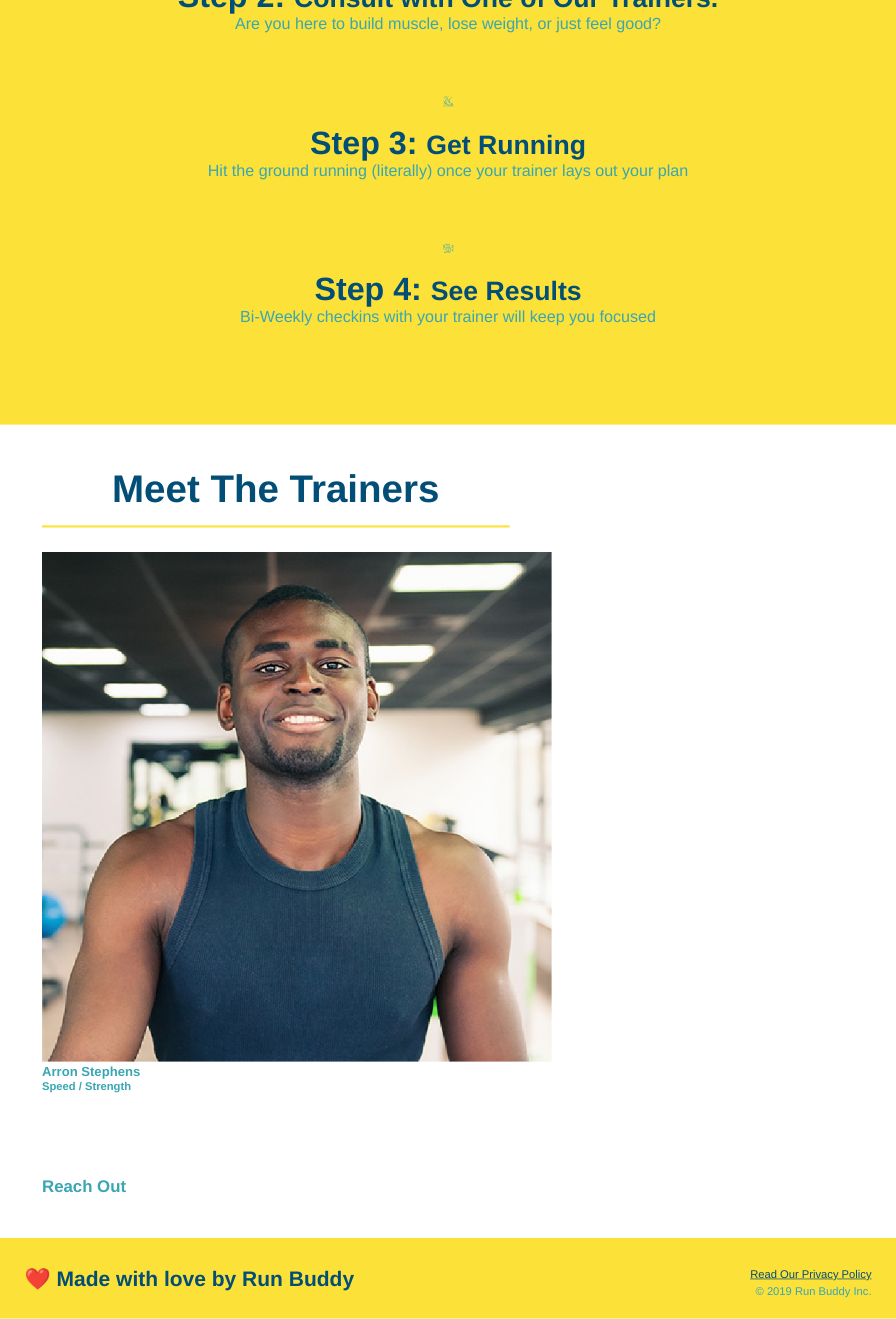
Repository: symlara/run-buddy
Page: index.html
An editor plug-in stored every save of this project. The page is shown before and after a run of saves, followed by the edit.
The browser window is 1280 px wide. The pictures show the part of the page from y = 1651 to 3571 px (the page is 3535 px tall before and 3571 px after), at 70% of full size.

Above is the page before, as saved 2020-12-10 13:26:12.

### index.html
<!DOCTYPE html>
<html lang="en">
    <head>
        <link rel="stylesheet" href="./assets/css/style.css" />
        <meta charset="UTF-8"/>
        <title>Run Buddy</title>
    </head>
    <body>
        <!-- navigation -->
        <header>
        <a href="/"><h1>RUN BUDDY</h1></a>
        <nav>
            <!-- Unordered list element -->
            <ul>
                <!-- List item element -->
                <li>
                    <!-- Anchor Element -->
                    <a href="#what-we-do">What We Do</a>
                </li>
                <li>
                    <a href="#what-you-do">What You Do</a>
                </li>
                <li>
                    <a href="#your-trainers">Your Trainers</a>
                </li>
                <li>
                    <a href="#reach-out">Reach Out</a>
                </li>
            </ul>
        </nav>
        </header>

        <!-- hero section -->
        <section class="hero">
        <div class="hero-form">
            <h3>Get Started Today</h3>
            <p>Fill out this form and one of our trainers will schedule a consult</p>
            <!-- Add form elements -->
            <form>
                <label for="name">Enter full name:</label>
                <input type="text" placeholder="Your Name" name="name" id="name" class="form-input" />
                <label for="email">Enter Email Address:</label>
                <input type="email" placeholder="Email Address" name="email" id="email" class="form-input" />
                <label for="phone">Enter a telephone number</label>
                <input type="tel" placeholder="Phone Number" name="phone" id="phone" class="form-input" />
                <p>
                    Have you worked out with a trainer before?
                    <input type="radio" name="trainer-confirm" id="trainer-yes" />
                    <label for="trainer-yes">Yes</label>
                    <input type="radio" name="trainer-confirm" id="trainer-no" />
                    <label for="trainer-no">No</label>
                </p>
                <p>
                    <label for="checkbox">
                    I acknowledge that I am at least 18 years of age.
                    </label>
                    <input type="checkbox" name="age-confirm" id="checkbox" />
                </p>
                <button type="submit">
                    Get running!
                </button>
            </form>
        </div>
    </section>
    <!-- end hero -->

        <!-- hero/jumbotron -->
        <section></section>

        <!-- "what we do" section -->
        <section id="what-we-do" class="intro">
            <h2 class="section-title primary-border">What We Do</h2>
            <p>
                butcher selfies chambray shabby chic gentrify readymade yr Echo Park XOXO Tumblr normcore Banksy direct trade Blue Bottle chillwave you probably haven't heard of them single-origin coffee Vice fanny pack fixie Odd Future Austin fingerstache pickled twee synth Wes Anderson Thundercats viral bitters flannel meggings narwhal Marfa Schlitz sustainable Intelligentsia umami deep v craft
            </p>
        </section>

        <!-- "what you do" section -->
        <section id="what-you-do" class="steps">
            <h2 class="section-title secondary-border">What You Do</h2>

            <div>
                <!-- insert this img element -->
                <img src="./assets/images/step-1.svg" alt="" />
                <h3>Step 1: <span>Fill Out the Form Above.</span></h3>
                <p>You're already here, so why not?</p>
            </div>

            <div>
                <!-- insert this img element -->
                <img src="./assets/images/step-2.svg" alt="" />
                <h3>Step 2: <span>Consult with One of Our Trainers.</span></h3>
                <p>Are you here to build muscle, lose weight, or just feel good?</p>
            </div>

            <div>
                <!-- insert this img element -->
                <img src="./assets/images/step-3.svg" alt="" />
                <h3>Step 3: <span>Get Running</span></h3>
                <p>Hit the ground running (literally) once your trainer lays out your plan</p>
            </div>

            <div>
                <!-- insert this img element -->
                <img src="./assets/images/step-4.svg" alt="" />
                <h3>Step 4: <span>See Results</span></h3>
                <p>Bi-Weekly checkins with your trainer will keep you focused</p>
            </div>
        </section>

        <!-- "meet the trainers" section -->
        <section id="your-trainers" class="your-trainers">
            <h2 class="section-title primary-border">Meet The Trainers

            </h2>
            <article class="trainer">
                <img src="./assets/images/trainer-1.jpg" alt="Arron Stephens in his workout clothes, ready to pump iron" />
                <div class="trainer-bio">
                    <h3>Arron Stephens</h3>
                    <h4>Speed / Strength</h4>
                    <p>

                    </p>
                </div>
            </article>
        </section>

        <!-- "reach out" section -->
        <section>
            <h2>Reach Out</h2>
        </section>

        <!-- footer -->
        <footer>
            <h2>❤️ Made with love by Run Buddy</h2>
            <div>
                <a href="#">Read Our Privacy Policy</a><br />
                &copy; 2019 Run Buddy Inc.
            </div>
        </footer>
    </body>

    </html>

### assets/css/style.css
* {
    margin: 0;
    padding: 0;
    box-sizing: border-box;
}


body {
    /* more on this crazy alphanumerical value in a minute */
    color: #39a6b2;
    font-family: Helvetica, Arial, sans-serif;
}

/* apply styles to header */
header {
    padding: 20px 35px;
    background-color: #39a6b2;
}

header h1 {
    font-weight: bold;
    font-size: 36px;
    color: #fce138;
    margin: 0;
    display: inline;
}

header a {
    text-decoration: none;
    color: #fce138;
}

header nav {
    float: right;
    margin: 7px 0;
}

header nav ul li {
    display: inline;
}

header nav ul li a {
    margin: 0 30px;
    font-weight: lighter;
    font-size: 22px;
}

footer {
    background: #fce138;
    width: 100%;
    padding: 40px 35px;
  }

footer h2 {
    display: inline;
    color: #024e76;
    font-size: 30px;
    margin: 0;
}

footer div {
    float: right;
    line-height: 1.5;
    text-align: right;
}

footer a {
    color: #024e76;
}

section {
    padding: 60px;
}

/* Hero Style Start */
.hero {
    background-image: url("../images/hero-bg.jpg");
    height: 600px;
    background-size: cover;
    background-position: center;
    position: relative;
}
/*The height property fixed at 600px gives an exact size of the section, which is important in this context to allow room for the sign-up form.*/


.hero-form {
    border: solid 3px #024e76;
    background-color: #fce138;
    padding: 20px;
    width: 500px;
    color: #024e76;
    position: absolute;
    bottom: 120px;
    right: 140px;
}

.hero-form h3 {
    font-size: 24px;
    margin: 0;
}

.hero-form p {
    margin: 5px 0 15px 0;
}

.form-input {
    border: 1px solid #024e76;
    display: block;
    padding: 7px 15px;
    font-size: 16px;
    color: #024e76;
    width: 100%;
    margin-bottom: 15px;
}

.hero-form label {
    margin: 0 5px;
}

.hero-form button {
    color: #fce138;
    background-color: #024e76;
    border: none;
    padding: 10px 20px;
    font-size: 16px;
}
/* Hero Style End */

/*What We Do Section */
.intro {
    text-align: center;
}

.intro p {
    line-height: 1.7;
    color: #39a6b2;
    width: 80%;
    font-size: 20px;
    margin: 0 auto;
}

/*What We Do End*/

.section-title {
    display: inline-block;
    font-size: 55px;
    color: #024e76;
    margin-bottom: 35px;
    padding: 0 100px 20px 100px;
    border-bottom: 3px solid;
}

.primary-border {
    border-color: #fce138;
}

.secondary-border {
    border-color: #39a6b2;
}

/* What You Do Section */
.steps {
    text-align: center;
    background: #fce138;
}

.steps div {
    margin-bottom: 80px;
}

.steps img {
    width: 15px;
    margin: 10px 0;
}

.steps h3 {
    color: #024e76;
    font-size: 46px;
    margin-top: 10px;
}

.steps p {
    color: #39a6b2;
    font-size: 23px;
}

.steps span {
    font-size: 38px;
}


/* What You Do End */

After the next 3 saves:
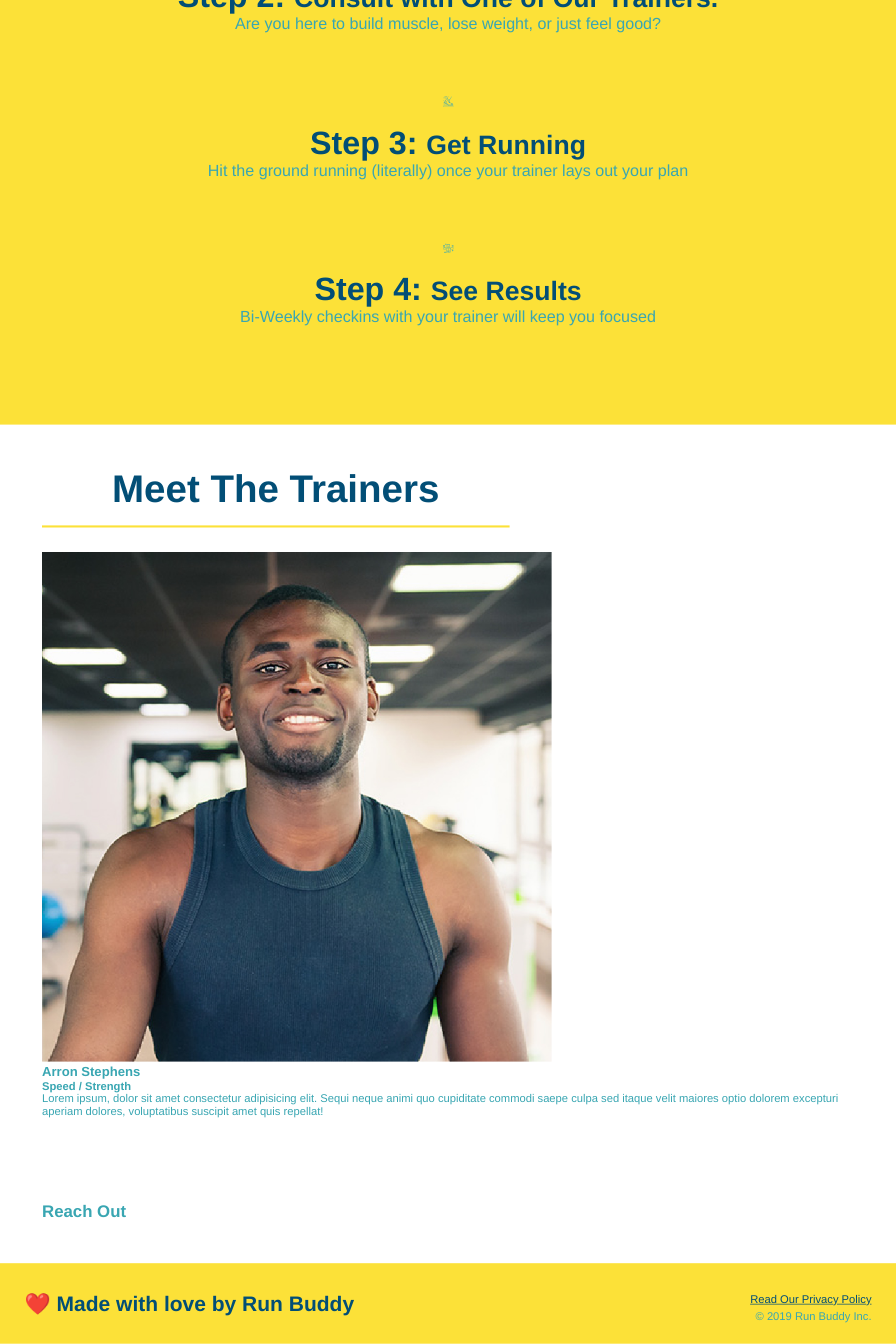
The 3 saves are shown as one change because they came seconds apart.
The last was saved 16 min 7 s later.
--- a/index.html
+++ b/index.html
@@ -119,7 +119,8 @@
                     <h3>Arron Stephens</h3>
                     <h4>Speed / Strength</h4>
                     <p>
-
+                        Lorem ipsum, dolor sit amet consectetur adipisicing elit. Sequi neque animi quo cupiditate commodi saepe culpa sed
+                        itaque velit maiores optio dolorem excepturi aperiam dolores, voluptatibus suscipit amet quis repellat!
                     </p>
                 </div>
             </article>
